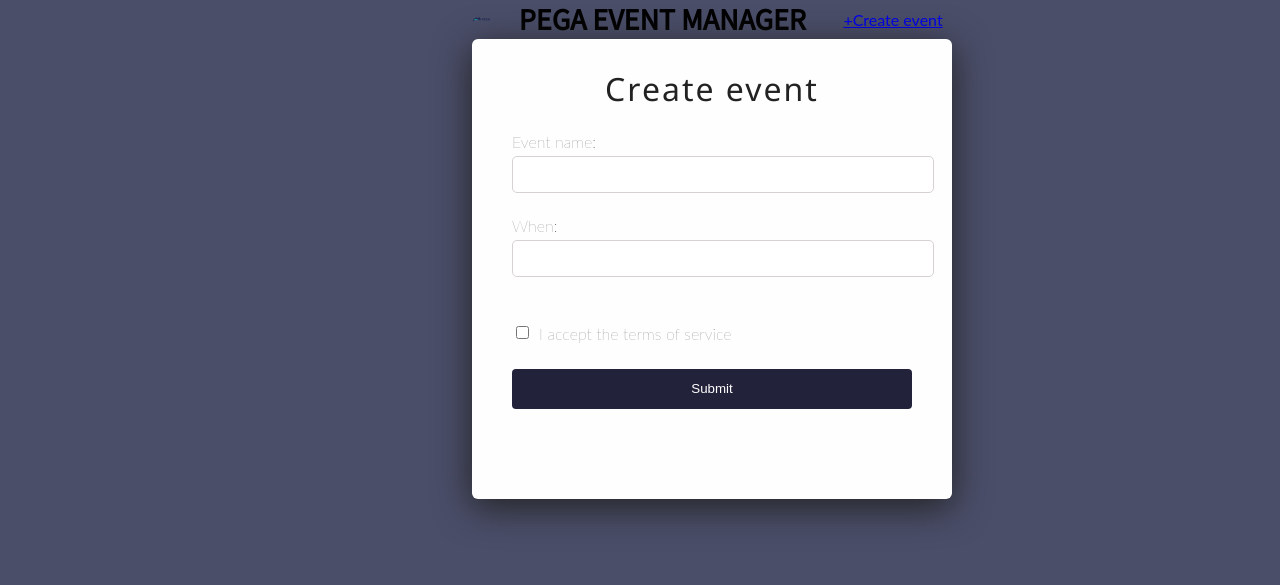
Repository: SasiVeeramachaneni/eventmanager
Page: /create
An editor plug-in stored every save of this project. The page is shown before and after the next save, followed by the edit.
The browser window is 1280 px wide. The pictures show the whole page.
The project was rebuilt for these pictures with package versions that can differ from the ones it lists, and the page was loaded fresh each time. Also part of the build but not shown: src/Events.js, src/App.js.

Above is the page before, as saved 2020-09-03 00:20:19.

### src/index.js
import React from 'react';
import ReactDOM from 'react-dom';
import {BrowserRouter, Route, Switch, Link} from 'react-router-dom';
import './index.css';
import logo from './logo.svg';
import App from './App';
import CreateEvent from './createEvent';
import './fonts/SourceSansPro-Regular.ttf';

const Header = () => (
  <div className="header">
    <div className="logo"><img src={logo} alt=""/></div>
    <div className="heading">PEGA EVENT MANAGER</div>
    <div className="logo"><Link to="/create">+Create event</Link></div>
  </div>
);


const AddEvent = () => (
  <CreateEvent />
);

const noRoute = () => (
  <div>
    404!-<Link to="/">Go home</Link>
  </div>
);

const routes = (
  <BrowserRouter>
  <div className="App">
    <Header />
    <Switch>
      <Route path="/" component={App} exact={true}/>
      <Route path="/create" component={AddEvent} />
      <Route component={noRoute} />
    </Switch>
    </div>
  </BrowserRouter>
);

ReactDOM.render(
  routes,
  document.getElementById('root')
);

### src/createEvent.js
import React, { useState, useEffect } from "react";
import './createEvent.css';

function CreateEvent() {
  const [email, setEmail] = useState("");
  const [password, setPassword] = useState("");
  const [acceptedTerms, setAcceptedTerms] = useState(false);

  const handleSubmit = (event) => {
    console.log(`
      Email: ${email}
      Password: ${password}
      Accepted Terms: ${acceptedTerms}
    `);

    event.preventDefault();
  }

  return (
      <div className="createEvent">
    <form onSubmit={handleSubmit}>
      <h1>Create event</h1>

      <label>
        Event name:
        <input
          name="email"
          type="email"
          value={email}
          onChange={e => setEmail(e.target.value)}
          required />
      </label>

      <label>
        When:
        <input
          name="password"
          type="password"
          value={password}
          onChange={e => setPassword(e.target.value)}
          required />
      </label>

      <label>
        <input
          name="acceptedTerms"
          type="checkbox"
          onChange={e => setAcceptedTerms(e.target.value)}
          required />
        I accept the terms of service
      </label>

      <button>Submit</button>
    </form>
    </div>
  );
}

export default CreateEvent;

### src/App.css
.App {
  height: 100vh;
  display: grid;
  grid-template-rows: 50px 1fr;
  width: 70%;
  margin-left: auto;
  margin-right: auto;
}

@font-face {
  font-family: 'SourceSansPro';
  src: local('SourceSansPro'), url(./fonts/SourceSansPro-Regular.ttf) format('truetype');
}


.container {
  padding: 2px 16px;
}

.cardList {
  display: flex;
  flex-direction: row;
  justify-content: center;
  max-width: 1000px;
  flex-wrap: wrap;
}

.header {
  display: flex;
  align-items: stretch;
  justify-content: space-evenly;
  padding-top: 10px;
}

.logo {
  flex-grow: 1;
  display: flex;
  align-items: center;
  justify-content: center;
}

.heading {
  flex-grow: 3;
  display: flex;
  align-items: center;
  justify-content: center;
  font-size: 30px;
  font-weight: bold;
  font-family: SourceSansPro;

}

.createbutton {
  width: 10rem;
  color: #FFF;
  background: #4BA7FE;
  border-radius: 8px;
  font-size: 15px;
  line-height: 24px;
  height: 2.5rem;
  position: relative;
  align-items: center;
  box-sizing: border-box;
  transition: all 0.4s ease-in-out;
  border: none;
  font-family: SourceSansPro;


}

.body {

}

#events {
  text-align: center;
  font-family: "Trebuchet MS", Arial, Helvetica, sans-serif;
  border-collapse: collapse;
  border: 3px solid #ddd;
  width: 100%;
}

#events td, #events th {
  border: 1px solid #ddd;
  padding: 8px;
  height: 40px;
}

#events tr:nth-child(even){background-color: #c4f2f8;}

#events tr:hover {background-color: #8AFFDD;}

#events th {
  padding-top: 12px;
  padding-bottom: 12px;
  text-align: center;
  background-color: #4CAF50;
  color: white;
}

### src/createEvent.css
.createEvent {
    box-sizing: border-box;
  }

  body {
    font-family: Lato;
    height: 97vh;
    width: 100%;
    display: flex;
    flex-direction: column;
    justify-content: center;
    align-items: center;
    background-color: #4A4E69;
  }

  form {
    display: flex;
    flex-direction: column;
    width: 400px;
    min-width: 100px;
    min-height: 400px;
    padding: 20px 40px 40px 40px;
    border-radius: 6px;
    box-shadow: 0px 8px 36px #222;
    background-color: #fefefe;
  }

  form > h1 {
    display: flex;
    justify-content: center;
    font-family: "Segoe UI", "Ubuntu", "Roboto", "Open Sans", "Helvetica Neue", sans-serif;
    font-size: 2em;
    font-weight: lighter;
    margin-top: 0.25em;
    color: #222;
    letter-spacing: 2px;
  }

  .info {
    padding-bottom: 1em;
    padding-left: 0.5em;
    padding-right: 0.5em;
  }

  label {
    margin-bottom: 0.5em;
    color: #444;
    font-weight: lighter;
  }

  input {
    display: flex;
    flex-direction: column;
    margin-bottom: 15px;
    width: 100%;
  }
  input, select {
    padding: 10px 10px;
    border-radius: 5px;
    border: 1px solid #d6d1d5;
    margin-top: 5px;
  }
  select {
    display: block;
    width: 100%;
    height: 35px;
  }
  input[type="checkbox"] {
    display: inline-block;
    width: auto;
    margin-top: 2em;
    margin-right: 10px;
  }

  button {
    min-width: 100%;
    cursor: pointer;
    margin-right: 0.25em;
    margin-top: 0.5em;
    padding: 	0.938em;
    border: none;
    border-radius: 4px;
    background-color: #22223B;
    color: #fefefe;
  }
  button:hover {
    background-color: #4A4E69;
    color: #fefefe;
  }

  .error {
    color:#db2269;
    font-size: 0.5em;
    display: relative;
  }

  .submit {
    width: 100%;
    display: flex;
    flex-wrap: wrap;
  }

Loaded but not shown: public/index.html (common file); src/index.css (common file)

After the next save:
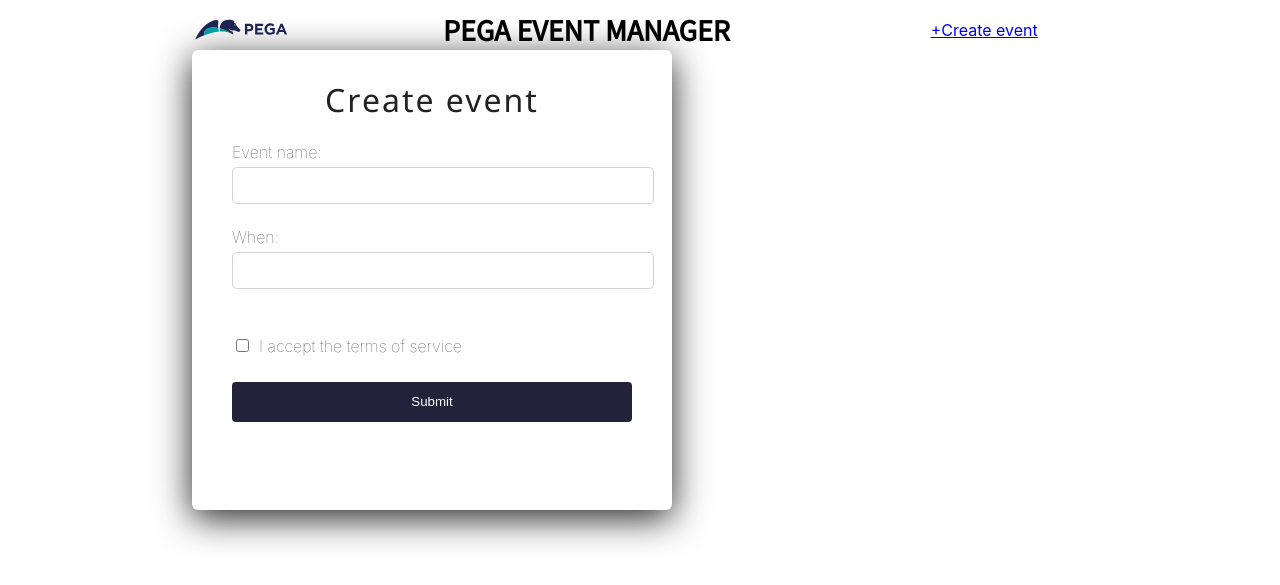
Saved 25 s later.
--- a/src/createEvent.css
+++ b/src/createEvent.css
@@ -2,16 +2,7 @@
     box-sizing: border-box;
   }
 
-  body {
-    font-family: Lato;
-    height: 97vh;
-    width: 100%;
-    display: flex;
-    flex-direction: column;
-    justify-content: center;
-    align-items: center;
-    background-color: #4A4E69;
-  }
+
 
   form {
     display: flex;
